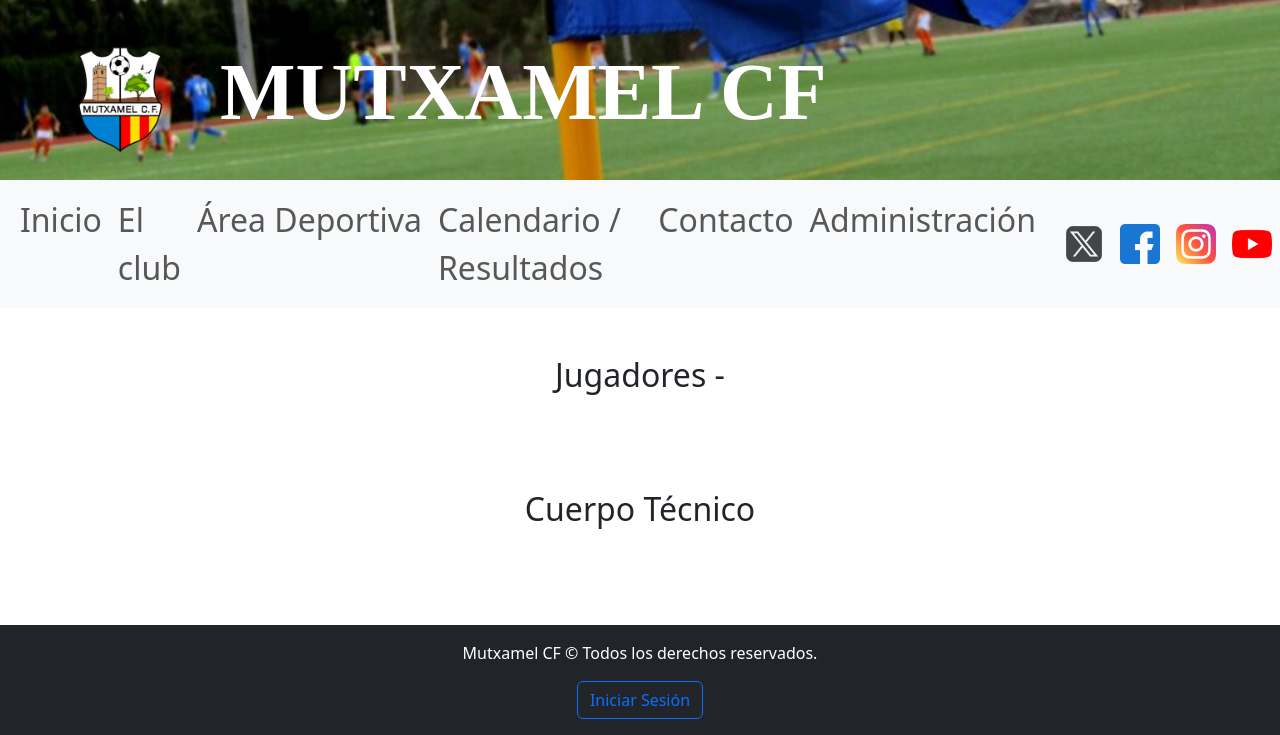
Repository: mikeluca/webMutxamelCF
Page: http://localhost/plantilla
These files come from the project's save history. The page is drawn as it stood at one moment and after the next save; the edit follows.
The browser window is 1280 px wide. The pictures show the whole page.
Some web fonts or font styles are not loaded; a fallback is used. The page is this project's Thymeleaf template; nobody is signed in. The template is opened directly, without the code that normally fills it, so the values that code supplies are empty.

Above is the page before, as saved 2024-10-28 08:19:24.

After the next save:
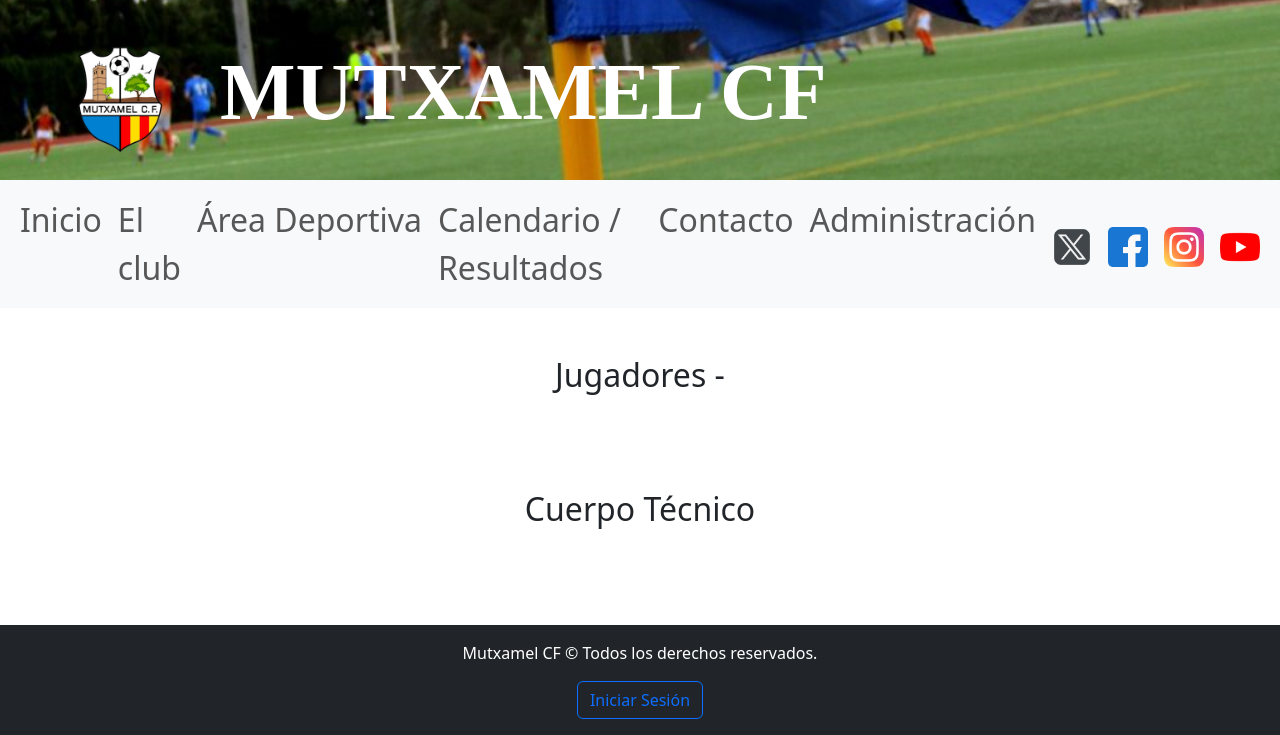
Saved 21 s later.
--- a/mvc/src/main/resources/templates/cabecera.html
+++ b/mvc/src/main/resources/templates/cabecera.html
@@ -83,28 +83,28 @@
 							<li><a class="dropdown-item" href="/admin/noticias">Noticias</a></li>
 						</ul>
 					</li>
+
+					</li>
+					<!--			<li class="nav-item" id="menu-restringido" style="display: none;">-->
+					<!--				<a class="nav-link" href="#">Administración</a>-->
+					<!--			</li>-->
+				</ul>
 			</div>
-			</li>
-			<li class="nav-item" id="menu-restringido" style="display: none;">
-				<a class="nav-link" href="#">Administración</a>
-			</li>
-			</ul>
+			<!-- Redes Sociales siempre pegadas a la derecha -->
+			<div class="social-icons d-flex ms-auto">
+				<a href="https://x.com/mutxamelcf" target="_blank" class="mx-2">
+					<img src="/images/twitter.png" alt="Twitter" width="40" height="40">
+				</a>
+				<a href="https://facebook.com/MutxamelCF17" target="_blank" class="mx-2">
+					<img src="/images/facebook.png" alt="Facebook" width="40" height="40">
+				</a>
+				<a href="https://instagram.com/mutxamelcf.oficial/" target="_blank" class="mx-2">
+					<img src="/images/instagram.png" alt="Instagram" width="40" height="40">
+				</a>
+				<a href="https://youtube.com/@mutxamelcf355" target="_blank" class="mx-2">
+					<img src="/images/youtube.png" alt="YouTube" width="40" height="40">
+				</a>
+			</div>
 		</div>
-		<!-- Redes Sociales siempre pegadas a la derecha -->
-		<div class="social-icons d-flex ms-auto">
-			<a href="https://x.com/mutxamelcf" target="_blank" class="mx-2">
-				<img src="/images/twitter.png" alt="Twitter" width="40" height="40">
-			</a>
-			<a href="https://facebook.com/MutxamelCF17" target="_blank" class="mx-2">
-				<img src="/images/facebook.png" alt="Facebook" width="40" height="40">
-			</a>
-			<a href="https://instagram.com/mutxamelcf.oficial/" target="_blank" class="mx-2">
-				<img src="/images/instagram.png" alt="Instagram" width="40" height="40">
-			</a>
-			<a href="https://youtube.com/@mutxamelcf355" target="_blank" class="mx-2">
-				<img src="/images/youtube.png" alt="YouTube" width="40" height="40">
-			</a>
-		</div>
+	</nav>
 </div>
-</nav>
-</div>
